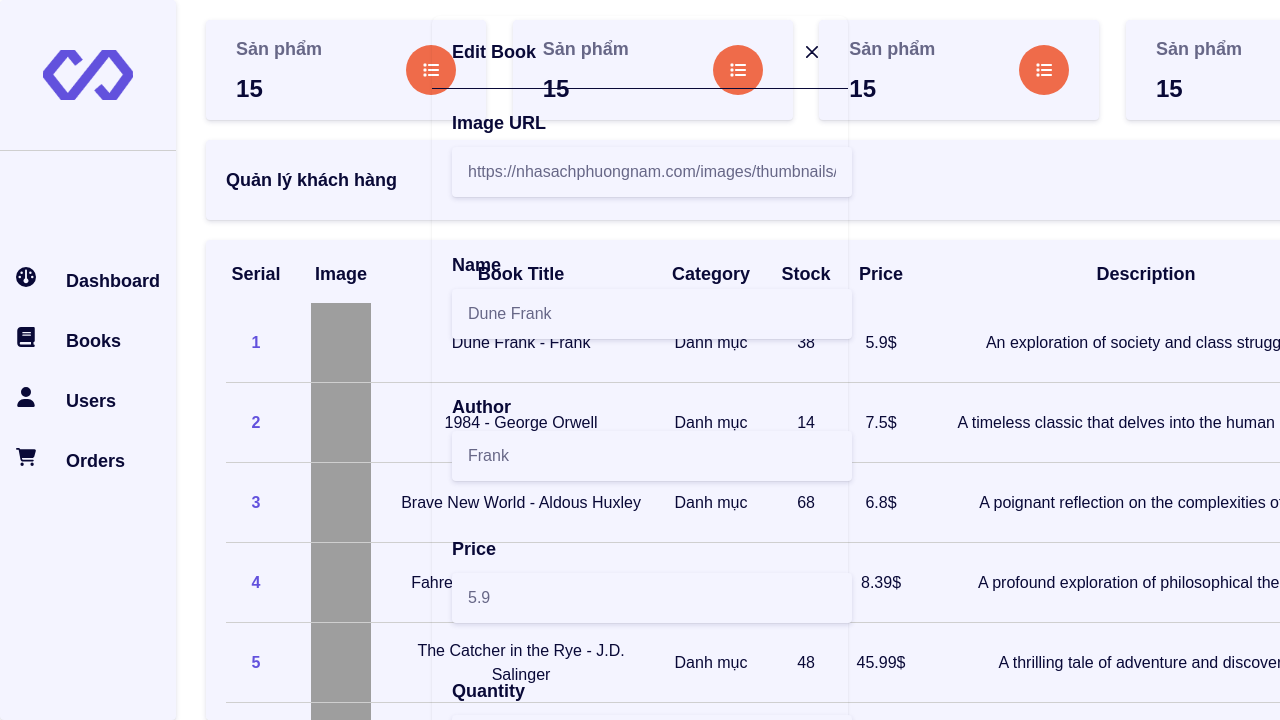
Repository: kauittt/BookStore_FE
Page: / (app in book-store/), after clicking the first element matching `svg.fa-pen`
The author's editor kept a copy of each file at every save. The page is drawn from the files as they stood at one save, then again after the next save.
The browser window is 1280 px wide. The pictures show the whole page.
Pictures or frames that could not be fetched are drawn as grey boxes. An inner scrolling area shows only its first screen. The project was rebuilt for these pictures with package versions that can differ from the ones it lists, and the page was loaded fresh each time. Also part of the build but not shown: book-store/vite.config.js, book-store/src/components/login-signup/Login.jsx, book-store/src/components/book/BookItem.jsx, book-store/src/components/book/BookList.jsx, book-store/src/components/elements/BackNavigation.jsx, book-store/src/components/book/BookDetail.jsx, book-store/src/components/cart/QuantitySelector.jsx, book-store/src/components/cart/CartItem.jsx and 3 more.

Above is the page before, as saved 2024-07-20 13:20:28.

After the next save:
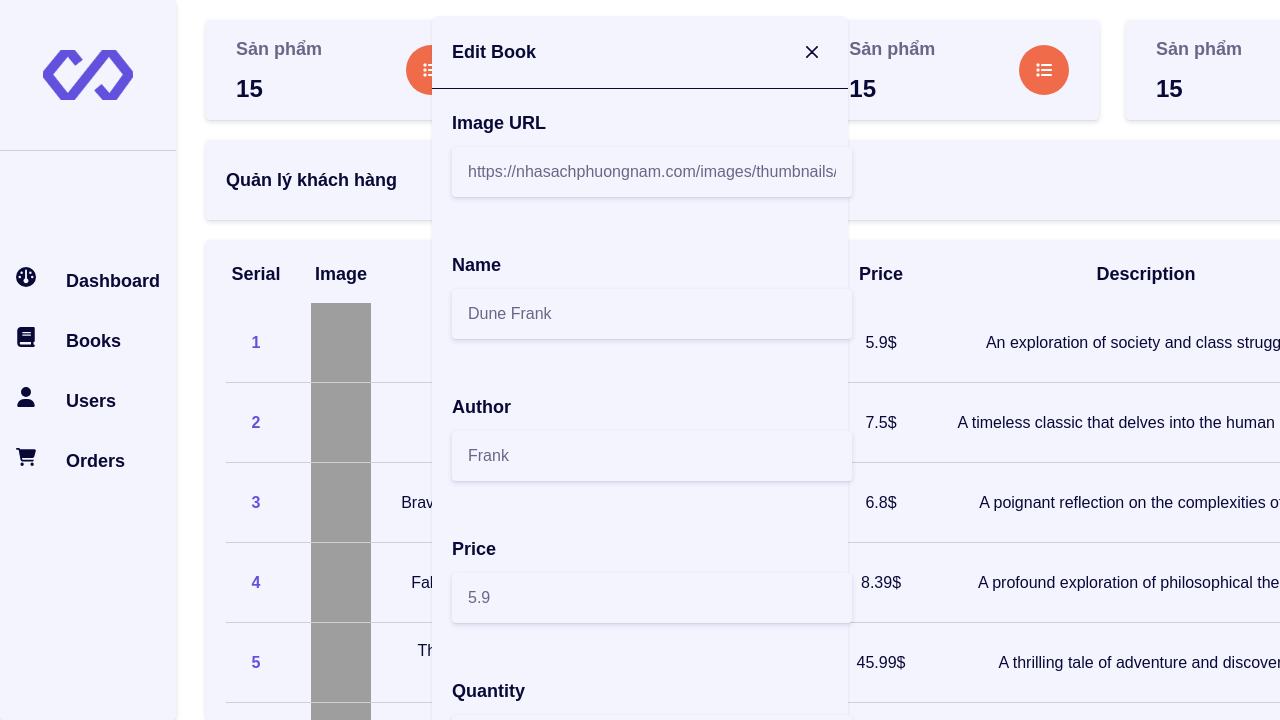
Saved 61 s later.
--- a/book-store/src/components/elements/Modal.jsx
+++ b/book-store/src/components/elements/Modal.jsx
@@ -28,7 +28,7 @@ const Modal = ({ onClose, data, onSave }) => {
             className="fixed inset-0 bg-black bg-opacity-50 flex justify-center items-center z-50"
         >
             <div className="relative p-4 w-full max-w-md max-h-full">
-                <div className="relative bg-white rounded-lg shadow dark:bg-gray-700">
+                <div className="relative bg-bgr-main rounded-lg shadow dark:bg-gray-700">
                     <div className="flex items-center justify-between p-4 md:p-5 border-b rounded-t dark:border-gray-600">
                         <h3 className="text-lg font-semibold text-gray-900 dark:text-white">
                             Edit Book
